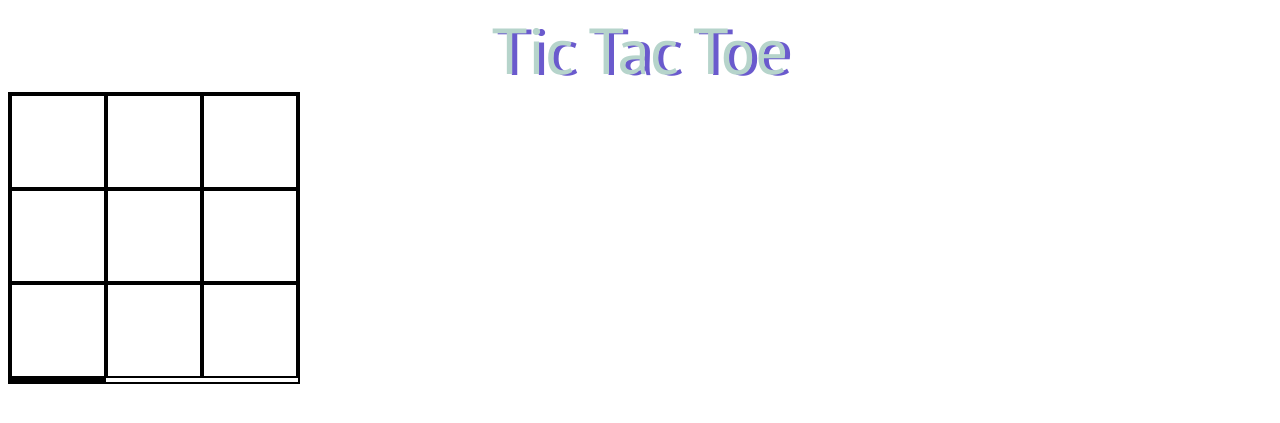
Repository: chin9/TicTacToe
Page: index.html
These files come from the project's save history. The page is drawn as it stood at one moment and after the next save; the edit follows.
The browser window is 1280 px wide. The pictures show the whole page.

Above is the page before, as saved 2021-05-12 13:41:48.

### index.html
<head>
    <link rel='stylesheet' href='style.css'>
</head>

<title> TicTacToe</title>

<header>Tic Tac Toe</header>


<body>
    <div class='board'>

        <div class='grid'>

        </div>

        <div class='grid'>

        </div>

        <div class='grid'>

        </div>

        <div class='grid'>

        </div>

        <div class='grid'>

        </div>

        <div class='grid'>

        </div>

        <div class='grid'>

        </div>

        <div class='grid'>

        </div>

        <div class='grid'>

        </div>

        <div class='grid'>

        </div>

    </div>
</body>

### style.css
@import url('https://fonts.googleapis.com/css2?family=PT+Sans&display=swap');


header{
    font-family: 'PT Sans', sans-serif;
    font-size: 65px;
    color: rgb(182, 212, 203);
    text-shadow: 5px 1px slateblue;
    text-align: center;
}

.board{
    height: 40vh;
    width: 40vh;

    display: grid;

    grid-template-columns: 1fr 1fr 1fr;
    grid-template-rows: 1fr 1fr 1fr;

    border: 2px black solid;
}

.grid{
    border: 2px black solid;
}

After the next save:
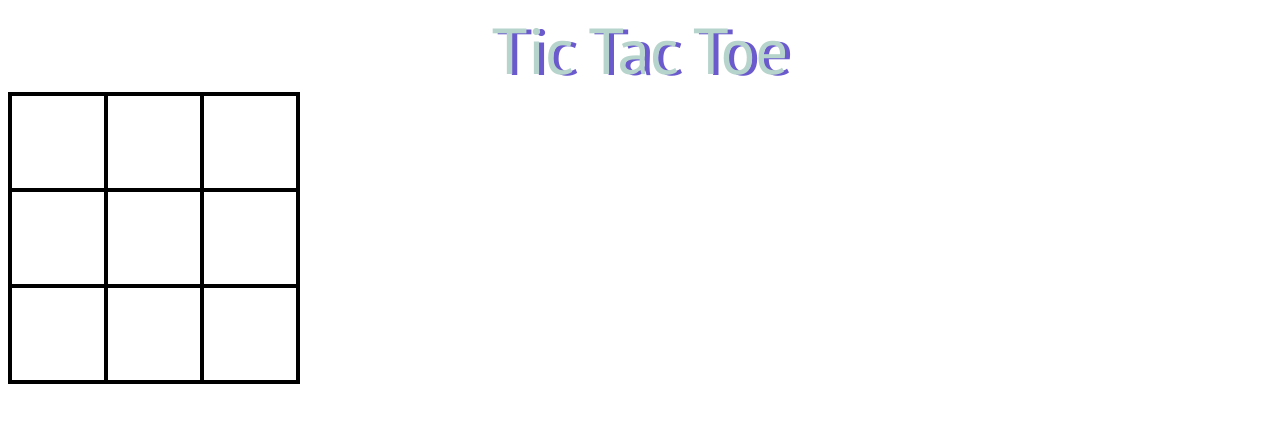
Saved 18 s later.
--- a/index.html
+++ b/index.html
@@ -46,9 +46,5 @@
 
         </div>
 
-        <div class='grid'>
-
-        </div>
-
     </div>
 </body>
